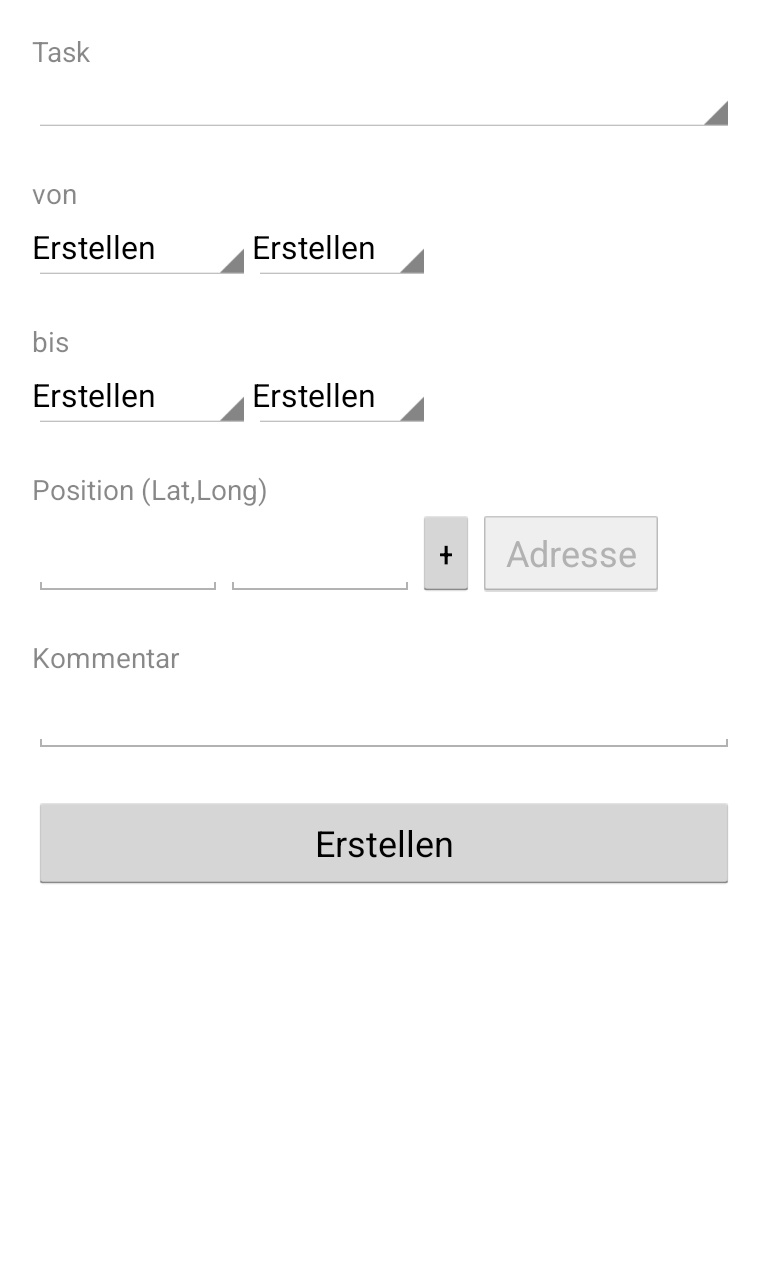
Repository: floriandrs/ttracker
Layout: TTracker/res/layout/activity_create_new_track.xml
These files come from the project's save history. The layout is drawn as it stood at one moment and after the next save; the edit follows.
It is drawn on a 768 x 1280 px phone screen (xhdpi) without system bars, with theme AppTheme; the app's code is not run.

Above is the layout before, as saved 2015-02-25 20:05:09.

After the next save:
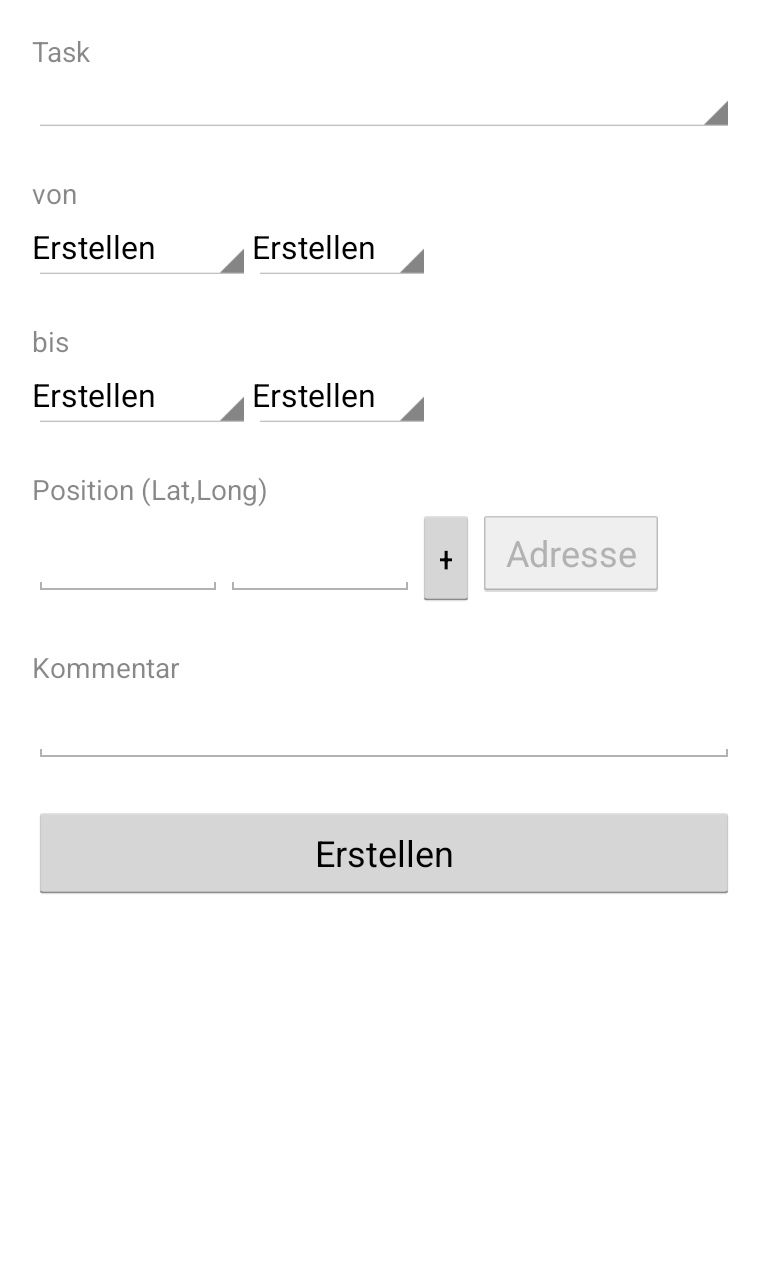
Saved 86 s later.
--- a/TTracker/res/layout/activity_create_new_track.xml
+++ b/TTracker/res/layout/activity_create_new_track.xml
@@ -93,7 +93,7 @@
     <Button
         android:id="@+id/locationButton"
         android:layout_width="30dp"
-        android:layout_height="45dp"
+        android:layout_height="50dp"
         android:layout_below="@id/locationLabel"
         android:text="@string/location_update"
         android:onClick="onLocationUpdateButtonClick"
